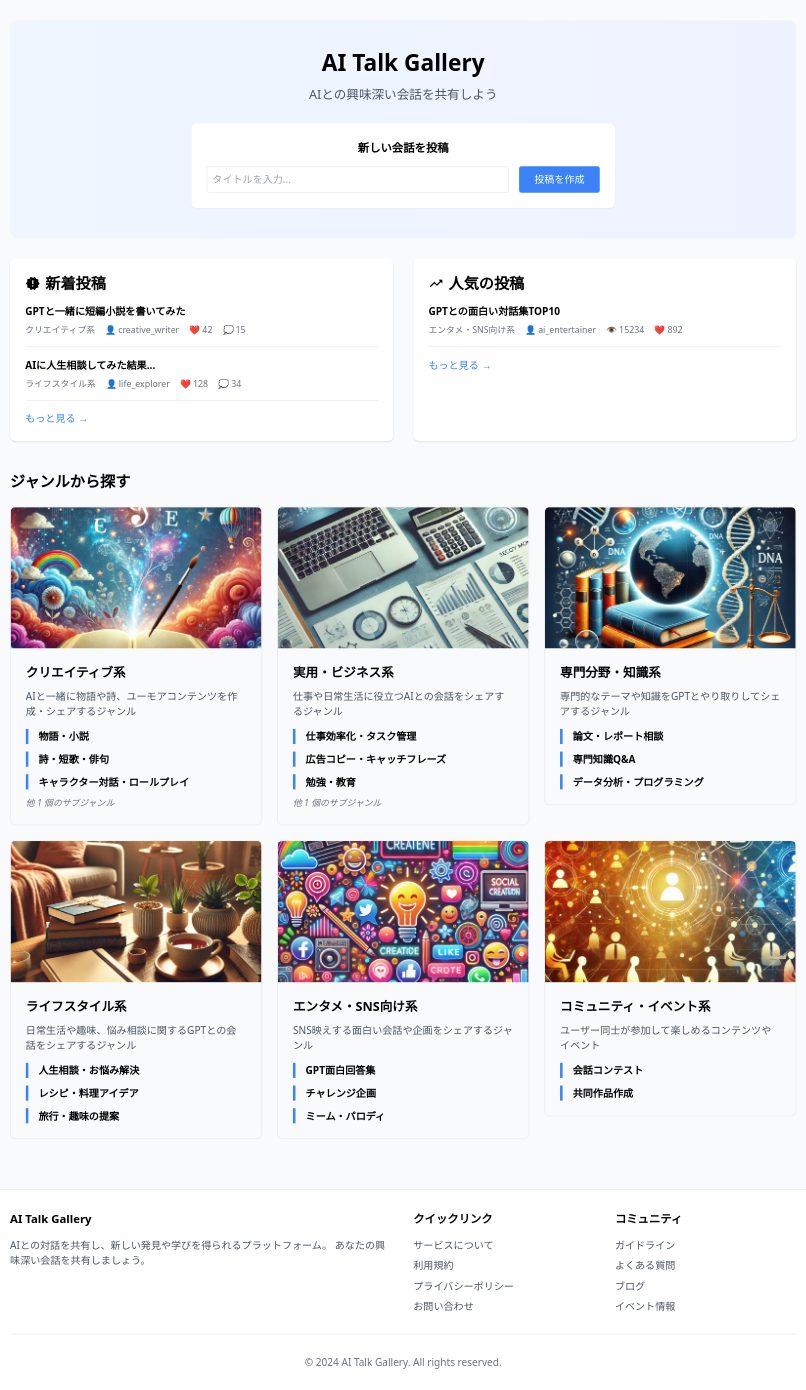
Repository: hayakawa1/ai-talk-gallery
Page: /
These files come from the project's save history. The page is drawn as it stood at one moment and after the next save; the edit follows.
The browser window is 1280 px wide. The pictures show the whole page, at 63% of full size.
The project was rebuilt for these pictures with package versions that can differ from the ones it lists, and the page was loaded fresh each time. The framework's server and built-in components were replaced by stand-ins that run in the browser. Also part of the build but not shown: next.config.js.

Above is the page before, as saved 2024-12-19 20:08:34.

### src/app/layout.tsx
import type { Metadata } from 'next'
import '@/styles/globals.css'
import Footer from '@/components/Footer'

export const metadata: Metadata = {
  title: 'AI Talk Gallery',
  description: 'AIとの会話を共有するプラットフォーム',
}

export default function RootLayout({
  children,
}: {
  children: React.ReactNode
}) {
  return (
    <html lang="ja">
      <head>
        <link href="https://fonts.googleapis.com/icon?family=Material+Icons" rel="stylesheet" />
      </head>
      <body className="min-h-screen bg-gray-50 flex flex-col">
        <main className="flex-grow">
          {children}
        </main>
        <Footer />
      </body>
    </html>
  )
}

### src/app/page.tsx
import { Genre, getGenres } from '../utils/genreUtils';
import Link from 'next/link';
import Image from 'next/image';

// モック投稿データ
const RECENT_POSTS = [
  {
    id: 1,
    title: "GPTと一緒に短編小説を書いてみた",
    author: "creative_writer",
    category: "クリエイティブ系",
    subCategory: "物語・小説",
    createdAt: "2024-03-20",
    likes: 42,
    comments: 15
  },
  {
    id: 2,
    title: "AIに人生相談してみた結果...",
    author: "life_explorer",
    category: "ライフスタイル系",
    subCategory: "人生相談・お悩み解決",
    createdAt: "2024-03-19",
    likes: 128,
    comments: 34
  },
  // ... 他の新着投稿
];

const POPULAR_POSTS = [
  {
    id: 3,
    title: "GPTとの面白い対話集TOP10",
    author: "ai_entertainer",
    category: "エンタメ・SNS向け系",
    views: 15234,
    likes: 892,
    comments: 156
  },
  // ... 他の人気投稿
];

export default async function Home() {
  const genres = getGenres();

  return (
    <div className="container mx-auto px-4 py-8">
      {/* ヒーローセクション */}
      <div className="text-center py-12 bg-gradient-to-r from-blue-50 to-indigo-50 rounded-xl mb-8">
        <h1 className="text-4xl font-bold mb-4">AI Talk Gallery</h1>
        <p className="text-xl text-gray-600 mb-8">
          AIとの興味深い会話を共有しよう
        </p>

        {/* クイック投稿モジュール */}
        <div className="max-w-2xl mx-auto bg-white p-6 rounded-lg shadow-sm">
          <h3 className="text-lg font-semibold mb-4">新しい会話を投稿</h3>
          <div className="flex gap-4">
            <input
              type="text"
              placeholder="タイトルを入力..."
              className="flex-1 p-2 border rounded"
            />
            <button className="bg-blue-500 text-white px-6 py-2 rounded hover:bg-blue-600 transition">
              投稿を作成
            </button>
          </div>
        </div>
      </div>

      {/* 新着・人気投稿セクション */}
      <div className="grid md:grid-cols-2 gap-8 mb-12">
        {/* 新着投稿 */}
        <div className="bg-white p-6 rounded-lg shadow">
          <h2 className="text-2xl font-bold mb-4 flex items-center">
            <span className="material-icons mr-2">new_releases</span>
            新着投稿
          </h2>
          <div className="space-y-4">
            {RECENT_POSTS.map(post => (
              <div key={post.id} className="border-b pb-4">
                <h3 className="font-semibold hover:text-blue-500 cursor-pointer">
                  {post.title}
                </h3>
                <div className="text-sm text-gray-500 flex gap-4 mt-2">
                  <span>{post.category}</span>
                  <span>👤 {post.author}</span>
                  <span>❤️ {post.likes}</span>
                  <span>💭 {post.comments}</span>
                </div>
              </div>
            ))}
          </div>
          <Link href="/posts/recent" className="text-blue-500 hover:underline block mt-4">
            もっと見る →
          </Link>
        </div>

        {/* 人気投稿 */}
        <div className="bg-white p-6 rounded-lg shadow">
          <h2 className="text-2xl font-bold mb-4 flex items-center">
            <span className="material-icons mr-2">trending_up</span>
            人気の投稿
          </h2>
          <div className="space-y-4">
            {POPULAR_POSTS.map(post => (
              <div key={post.id} className="border-b pb-4">
                <h3 className="font-semibold hover:text-blue-500 cursor-pointer">
                  {post.title}
                </h3>
                <div className="text-sm text-gray-500 flex gap-4 mt-2">
                  <span>{post.category}</span>
                  <span>👤 {post.author}</span>
                  <span>👁️ {post.views}</span>
                  <span>❤️ {post.likes}</span>
                </div>
              </div>
            ))}
          </div>
          <Link href="/posts/popular" className="text-blue-500 hover:underline block mt-4">
            もっと見る →
          </Link>
        </div>
      </div>

      {/* ジャンル一覧 */}
      <h2 className="text-2xl font-bold mb-6">ジャンルから探す</h2>
      <div className="grid grid-cols-1 md:grid-cols-2 lg:grid-cols-3 gap-6">
        {genres.map((genre) => (
          <Link href={`/genres/${encodeURIComponent(genre.name)}`} key={genre.name}>
            <div className="border rounded-lg overflow-hidden hover:shadow-xl transition">
              {/* ジャンル画像 */}
              <div className="relative aspect-video">
                <Image
                  src={`/images/${genre.name}.webp`}
                  alt={genre.name}
                  fill
                  className="object-cover"
                  sizes="(max-width: 768px) 100vw, (max-width: 1200px) 50vw, 33vw"
                />
              </div>

              <div className="p-6">
                <h2 className="text-xl font-bold mb-3">{genre.name}</h2>
                <p className="text-gray-600 mb-4">{genre.description}</p>

                <div className="space-y-3">
                  {genre.subgenres.slice(0, 3).map((subgenre) => (
                    <div key={subgenre.name} className="border-l-4 border-blue-500 pl-4">
                      <h3 className="font-semibold hover:text-blue-500">
                        {subgenre.name}
                      </h3>
                    </div>
                  ))}
                  {genre.subgenres.length > 3 && (
                    <p className="text-sm text-gray-500 italic">
                      他 {genre.subgenres.length - 3} 個のサブジャンル
                    </p>
                  )}
                </div>
              </div>
            </div>
          </Link>
        ))}
      </div>
    </div>
  );
}

### src/components/Footer.tsx
export default function Footer() {
  return (
    <footer className="bg-white border-t mt-12">
      <div className="container mx-auto px-4 py-8">
        <div className="grid grid-cols-1 md:grid-cols-4 gap-8">
          {/* サービス概要 */}
          <div className="col-span-1 md:col-span-2">
            <h3 className="text-lg font-bold mb-4">AI Talk Gallery</h3>
            <p className="text-gray-600 mb-4">
              AIとの対話を共有し、新しい発見や学びを得られるプラットフォーム。
              あなたの興味深い会話を共有しましょう。
            </p>
          </div>

          {/* クイックリンク */}
          <div>
            <h3 className="text-lg font-bold mb-4">クイックリンク</h3>
            <ul className="space-y-2">
              <li><a href="/about" className="text-gray-600 hover:text-blue-500">サービスについて</a></li>
              <li><a href="/terms" className="text-gray-600 hover:text-blue-500">利用規約</a></li>
              <li><a href="/privacy" className="text-gray-600 hover:text-blue-500">プライバシーポリシー</a></li>
              <li><a href="/contact" className="text-gray-600 hover:text-blue-500">お問い合わせ</a></li>
            </ul>
          </div>

          {/* コミュニティ */}
          <div>
            <h3 className="text-lg font-bold mb-4">コミュニティ</h3>
            <ul className="space-y-2">
              <li><a href="/guidelines" className="text-gray-600 hover:text-blue-500">ガイドライン</a></li>
              <li><a href="/faq" className="text-gray-600 hover:text-blue-500">よくある質問</a></li>
              <li><a href="/blog" className="text-gray-600 hover:text-blue-500">ブログ</a></li>
              <li><a href="/events" className="text-gray-600 hover:text-blue-500">イベント情報</a></li>
            </ul>
          </div>
        </div>

        {/* コピーライト */}
        <div className="border-t mt-8 pt-8 text-center text-gray-500">
          <p>© 2024 AI Talk Gallery. All rights reserved.</p>
        </div>
      </div>
    </footer>
  );
}

### src/utils/genreUtils.ts
import { readFileSync } from 'fs';
import path from 'path';
import genresData from '../data/genres.json';

export interface Subgenre {
  name: string;
  description: string;
  example: string;
}

export interface Genre {
  name: string;
  description: string;
  subgenres: Subgenre[];
}

interface GenresData {
  genres: Genre[];
}

export const getGenres = (): Genre[] => {
  if (process.env.NODE_ENV === 'development') {
    return (genresData as GenresData).genres;
  }

  try {
    const filePath = path.join(process.cwd(), 'src', 'data', 'genres.json');
    const jsonData = readFileSync(filePath, 'utf8');
    const data = JSON.parse(jsonData) as GenresData;
    return data.genres;
  } catch (error) {
    console.error('Error reading genres file:', error);
    return [];
  }
};

### src/data/genres.json
{
    "genres": [
      {
        "name": "クリエイティブ系",
        "description": "AIと一緒に物語や詩、ユーモアコンテンツを作成・シェアするジャンル",
        "subgenres": [
          {
            "name": "物語・小説",
            "description": "GPTと共同で作成したストーリーや短編小説のシェア",
            "example": "AIに出だしを任せてファンタジー短編を書いてみた"
          },
          {
            "name": "詩・短歌・俳句",
            "description": "感情を込めた詩やリズムを楽しむ俳句の生成と共有",
            "example": "GPTと一緒に四季をテーマに俳句を作った"
          },
          {
            "name": "キャラクター対話・ロールプレイ",
            "description": "特定のキャラクターになりきって対話を楽しむコンテンツ",
            "example": "GPTにシャーロック・ホームズになってもらい事件を解決した"
          },
          {
            "name": "大喜利・ユーモア会話",
            "description": "面白いお題やジョークにAIが答えるコンテンツ",
            "example": "GPTに面白い一言を考えさせたら予想外の答えが返ってきた"
          }
        ]
      },
      {
        "name": "実用・ビジネス系",
        "description": "仕事や日常生活に役立つAIとの会話をシェアするジャンル",
        "subgenres": [
          {
            "name": "仕事効率化・タスク管理",
            "description": "GPTに提案書やタスク整理のアイデアを依頼した内容",
            "example": "GPTに会議アジェンダを作成してもらった"
          },
          {
            "name": "広告コピー・キャッチフレーズ",
            "description": "AIが考えた商品広告のキャッチコピーやフレーズ",
            "example": "新商品のキャッチコピーをGPTに依頼してみた"
          },
          {
            "name": "勉強・教育",
            "description": "学習コンテンツや難しい概念を分かりやすくGPTに説明してもらう",
            "example": "GPTに相対性理論を小学生向けに教えてもらった"
          },
          {
            "name": "要約・リライト",
            "description": "長文の要約やわかりやすい文章への書き換え",
            "example": "GPTにニュース記事を1分で読めるよう要約してもらった"
          }
        ]
      },
      {
        "name": "専門分野・知識系",
        "description": "専門的なテーマや知識をGPTとやり取りしてシェアするジャンル",
        "subgenres": [
          {
            "name": "論文・レポート相談",
            "description": "GPTと論文の構成やレポート作成の相談をした内容",
            "example": "GPTに気候変動のレポート構成を考えてもらった"
          },
          {
            "name": "専門知識Q&A",
            "description": "医療、法律、科学などの専門知識についての質問と回答",
            "example": "GPTに古代エジプト文明について教えてもらった"
          },
          {
            "name": "データ分析・プログラミング",
            "description": "コード生成やデータ解析にGPTを活用した会話",
            "example": "GPTにPythonのWebスクレイピングコードを書いてもらった"
          }
        ]
      },
      {
        "name": "ライフスタイル系",
        "description": "日常生活や趣味、悩み相談に関するGPTとの会話をシェアするジャンル",
        "subgenres": [
          {
            "name": "人生相談・お悩み解決",
            "description": "キャリアや生活の悩みについてGPTに相談した内容",
            "example": "GPTに転職するべきか相談してみた"
          },
          {
            "name": "レシピ・料理アイデア",
            "description": "食材やテーマに基づいてGPTが提案する料理レシピ",
            "example": "GPTに冷蔵庫の余り物で作れる料理を考えてもらった"
          },
          {
            "name": "旅行・趣味の提案",
            "description": "GPTと一緒に理想の旅行プランや新しい趣味を考える",
            "example": "GPTに京都旅行の1泊2日プランを立ててもらった"
          }
        ]
      },
      {
        "name": "エンタメ・SNS向け系",
        "description": "SNS映えする面白い会話や企画をシェアするジャンル",
        "subgenres": [
          {
            "name": "GPT面白回答集",
            "description": "GPTのユニークな回答や珍回答を共有する",
            "example": "GPTに『宇宙人に自己紹介して』と言ったら爆笑の回答が！"
          },
          {
            "name": "チャレンジ企画",
            "description": "特定のお題や条件でGPTに挑戦する会話をシェア",
            "example": "GPTとしりとり100回やってみた結果"
          },
          {
            "name": "ミーム・パロディ",
            "description": "GPTに有名なフレーズや作品をパロディ化してもらう",
            "example": "GPTに『走れメロス』をギャグ化してもらった"
          }
        ]
      },
      {
        "name": "コミュニティ・イベント系",
        "description": "ユーザー同士が参加して楽しめるコンテンツやイベント",
        "subgenres": [
          {
            "name": "会話コンテスト",
            "description": "面白い会話や有益な対話を投稿し、投票や評価で競う",
            "example": "GPTとの対話コンテストで優勝した作品"
          },
          {
            "name": "共同作品作成",
            "description": "複数ユーザーがGPTとやり取りして1つの作品を完成させる",
            "example": "ユーザーみんなでAIと一緒に小説を書いた！"
          }
        ]
      }
    ]
  }

### tailwind.config.js
/** @type {import('tailwindcss').Config} */
module.exports = {
  content: [
    './src/pages/**/*.{js,ts,jsx,tsx,mdx}',
    './src/components/**/*.{js,ts,jsx,tsx,mdx}',
    './src/app/**/*.{js,ts,jsx,tsx,mdx}',
  ],
  theme: {
    extend: {
      // 必要に応じてテーマの拡張
    },
  },
  plugins: [],
}

Loaded but not shown: src/styles/globals.css (common file)

After the next save:
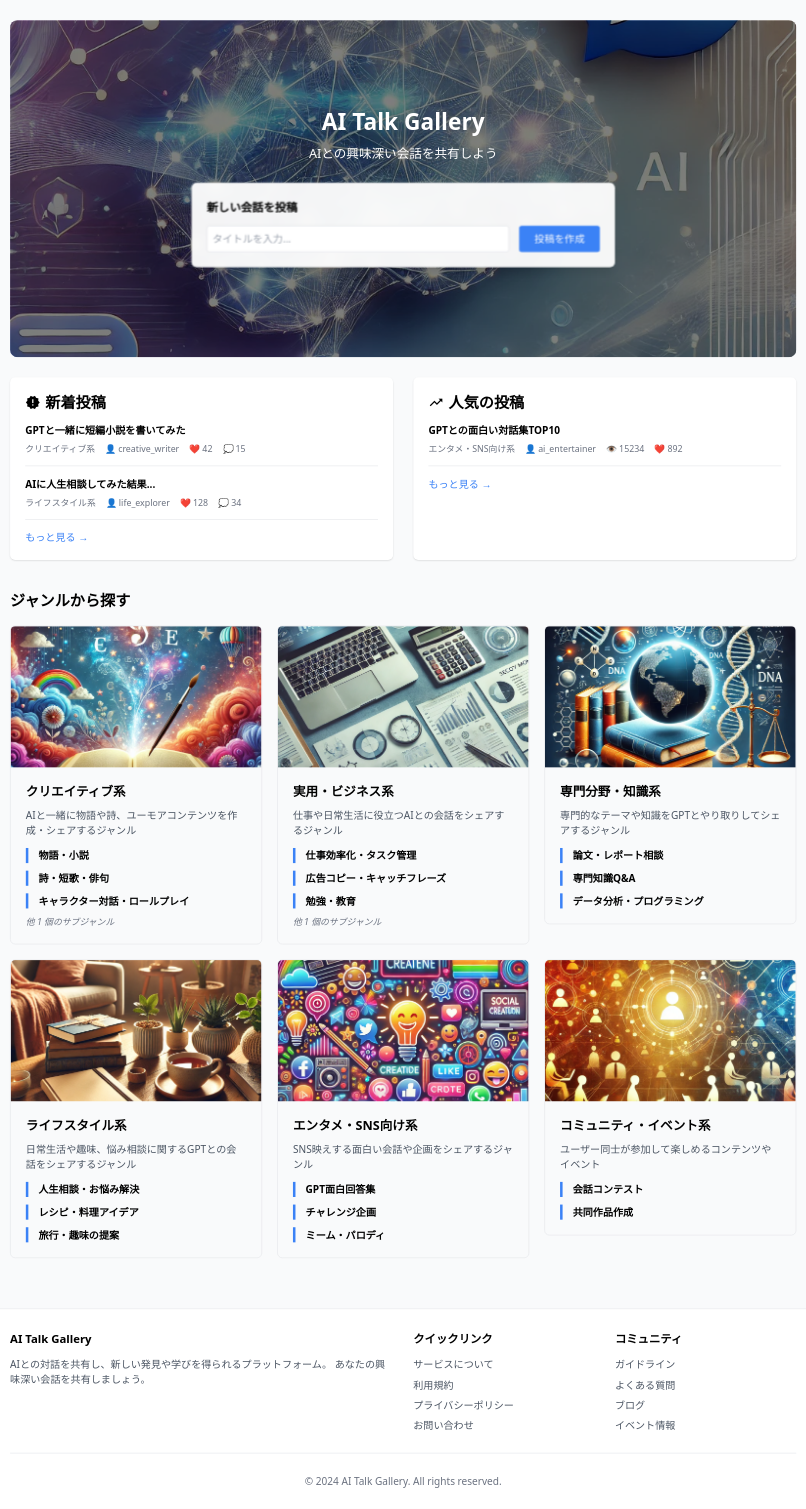
Saved 4 min 11 s later.
--- a/src/app/page.tsx
+++ b/src/app/page.tsx
@@ -46,24 +46,35 @@
   return (
     <div className="container mx-auto px-4 py-8">
       {/* ヒーローセクション */}
-      <div className="text-center py-12 bg-gradient-to-r from-blue-50 to-indigo-50 rounded-xl mb-8">
-        <h1 className="text-4xl font-bold mb-4">AI Talk Gallery</h1>
-        <p className="text-xl text-gray-600 mb-8">
-          AIとの興味深い会話を共有しよう
-        </p>
+      <div className="relative rounded-xl overflow-hidden mb-8">
+        <div className="aspect-[21/9] relative">
+          <Image
+            src="/images/TOP.webp"
+            alt="AI Talk Gallery"
+            fill
+            className="object-cover"
+            priority
+          />
+          <div className="absolute inset-0 bg-black bg-opacity-50 flex flex-col items-center justify-center">
+            <h1 className="text-4xl font-bold mb-4 text-white">AI Talk Gallery</h1>
+            <p className="text-xl text-white mb-8">
+              AIとの興味深い会話を共有しよう
+            </p>
 
-        {/* クイック投稿モジュール */}
-        <div className="max-w-2xl mx-auto bg-white p-6 rounded-lg shadow-sm">
-          <h3 className="text-lg font-semibold mb-4">新しい会話を投稿</h3>
-          <div className="flex gap-4">
-            <input
-              type="text"
-              placeholder="タイトルを入力..."
-              className="flex-1 p-2 border rounded"
-            />
-            <button className="bg-blue-500 text-white px-6 py-2 rounded hover:bg-blue-600 transition">
-              投稿を作成
-            </button>
+            {/* クイック投稿モジュール */}
+            <div className="max-w-2xl w-full mx-auto bg-white/95 backdrop-blur p-6 rounded-lg shadow-lg">
+              <h3 className="text-lg font-semibold mb-4">新しい会話を投稿</h3>
+              <div className="flex gap-4">
+                <input
+                  type="text"
+                  placeholder="タイトルを入力..."
+                  className="flex-1 p-2 border rounded"
+                />
+                <button className="bg-blue-500 text-white px-6 py-2 rounded hover:bg-blue-600 transition">
+                  投稿を作成
+                </button>
+              </div>
+            </div>
           </div>
         </div>
       </div>
